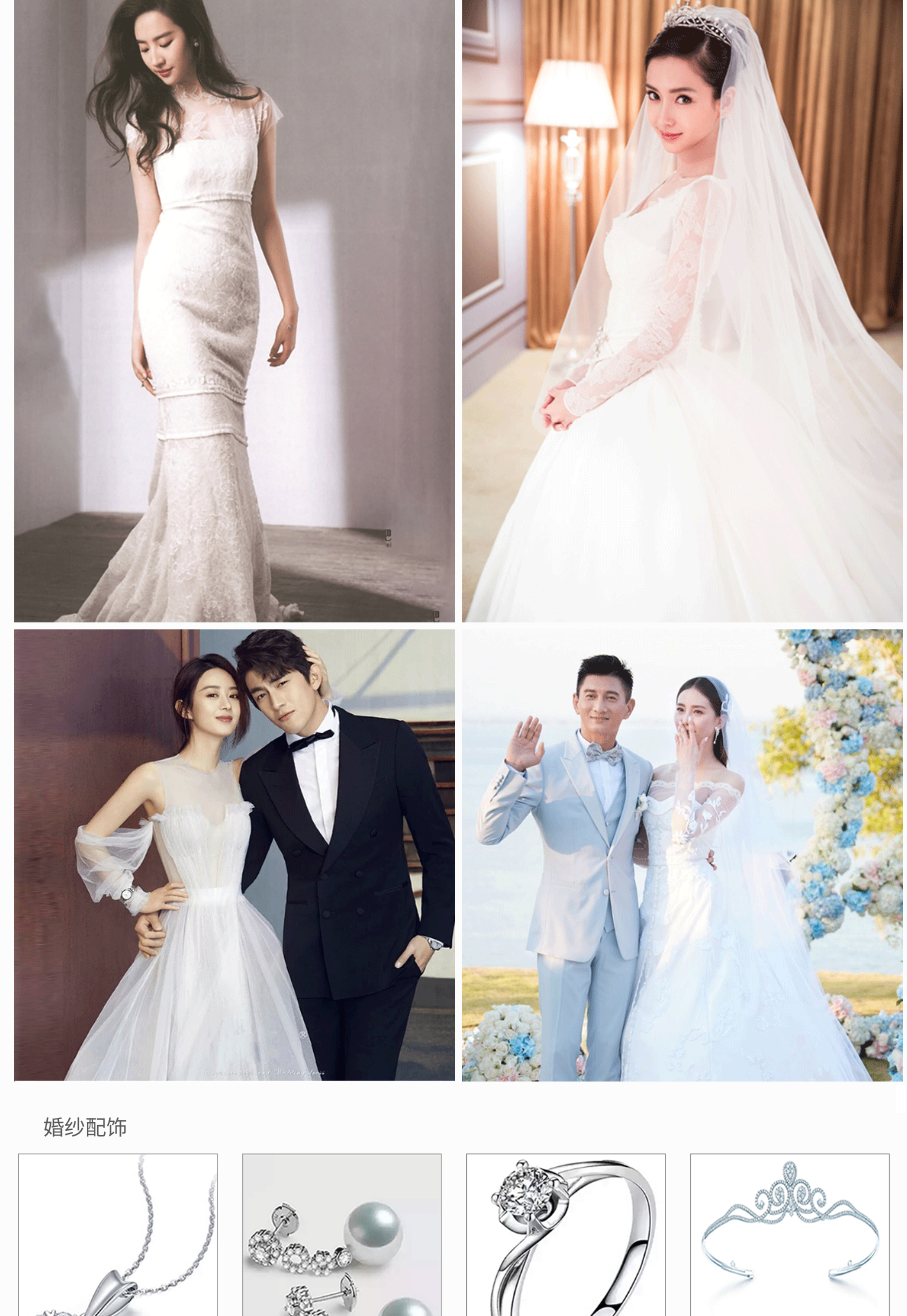
Repository: 1411687596/webProject
Page: html/BridalVeil.html
These files come from the project's save history. The page is drawn as it stood at one moment and after the next save; the edit follows.
The browser window is 1280 px wide. The page is 1295 px wide, so the pictures cover 1295 px, including what lies to the right of the window. The pictures show the part of the page from y = 4620 to 6500 px (the page is 7222 px tall before and 7106 px after), at 70% of full size.

Above is the page before, as saved 2021-06-22 18:48:29.

After the next save:
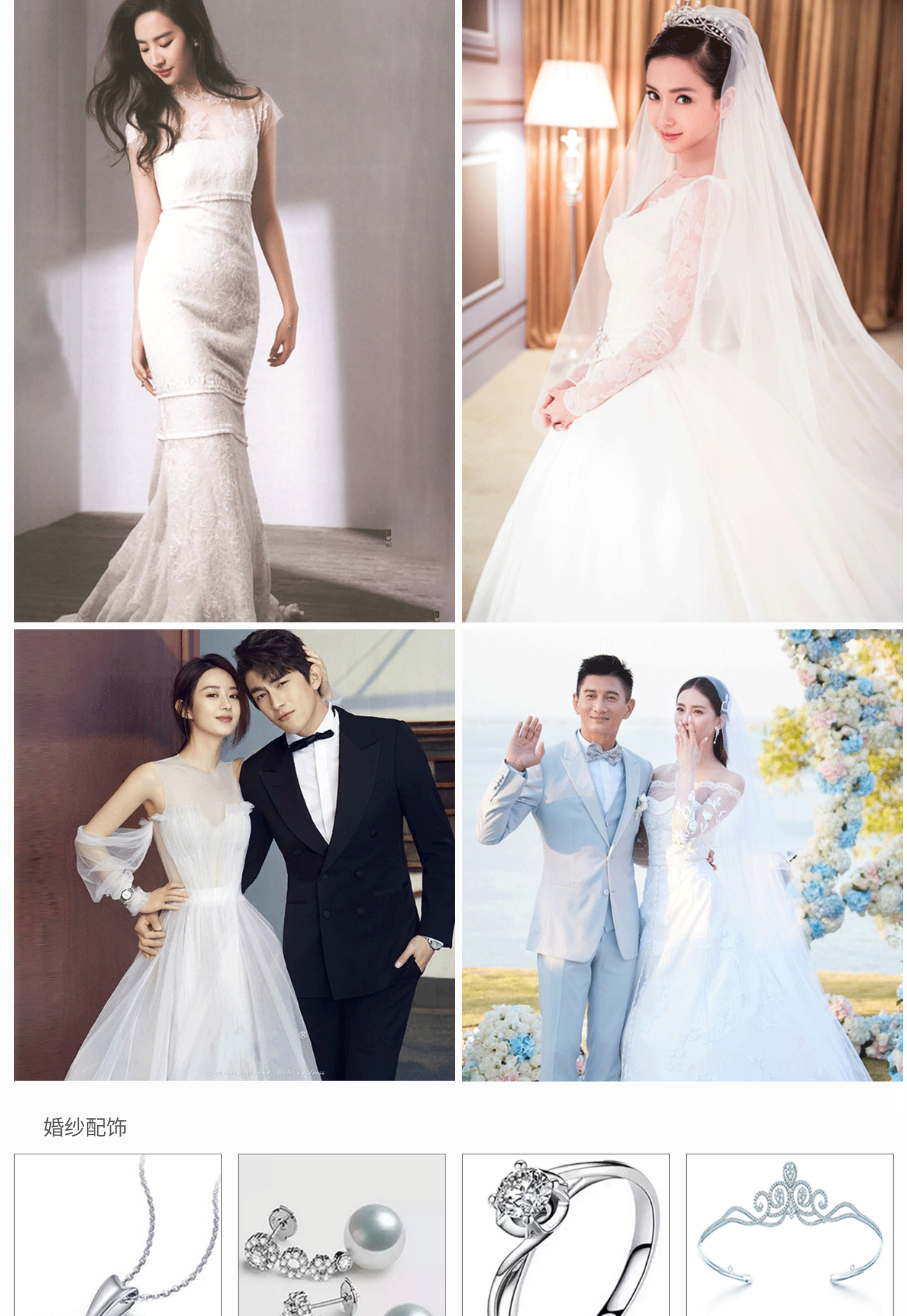
Saved 34 s later.
--- a/css/3d.css
+++ b/css/3d.css
@@ -1,4 +1,4 @@
-/* .demo {
+.demo {
     padding: 1em 0;
 }
 
@@ -78,7 +78,7 @@
 .box .social-links li a:hover {
     text-decoration: none;
     color: #fff;
-} */
+}
 
 @media only screen and (max-width: 990px) {
     .box {
